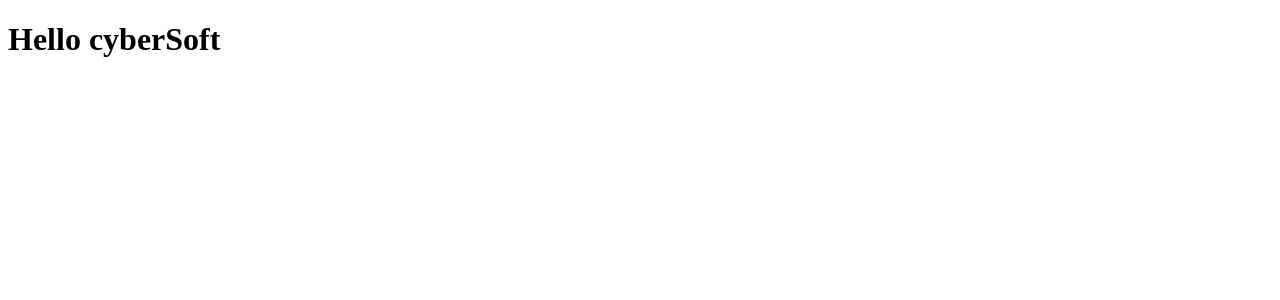
Repository: hcozyph/cyberSoft_JS_fulldocs
Page: JS_buoi1/index.html
The author's editor kept a copy of each file at every save. The page is drawn from the files as they stood at one save, then again after the next save.
The browser window is 1280 px wide. The pictures show the whole page.

Above is the page before, as saved 2023-01-15 09:23:52.

### JS_buoi1/index.html
<!DOCTYPE html>
<html lang="en">
    <head>
        <meta charset="UTF-8" />
        <meta http-equiv="X-UA-Compatible" content="IE=edge" />
        <meta name="viewport" content="width=h1d, initial-scale=1.0" />
        <title>Document</title>
    </head>
    <body>
        <h1>Hello cyberSoft</h1>
    </body>
</html>

After the next save:
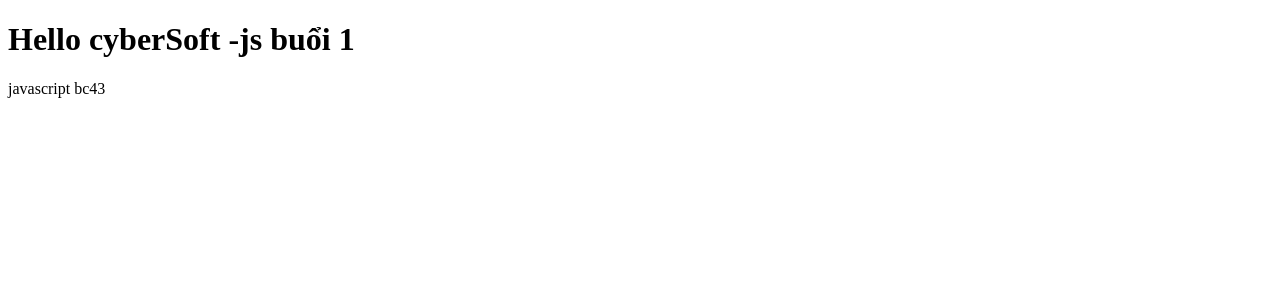
Saved 7 min 51 s later.
--- a/JS_buoi1/index.html
+++ b/JS_buoi1/index.html
@@ -7,6 +7,12 @@
         <title>Document</title>
     </head>
     <body>
-        <h1>Hello cyberSoft</h1>
+        <h1>Hello cyberSoft -js buổi 1</h1>
+
+        <script>
+            /*Các lệnh OUTPUT*/
+
+            document.write("javascript bc43");
+        </script>
     </body>
 </html>
